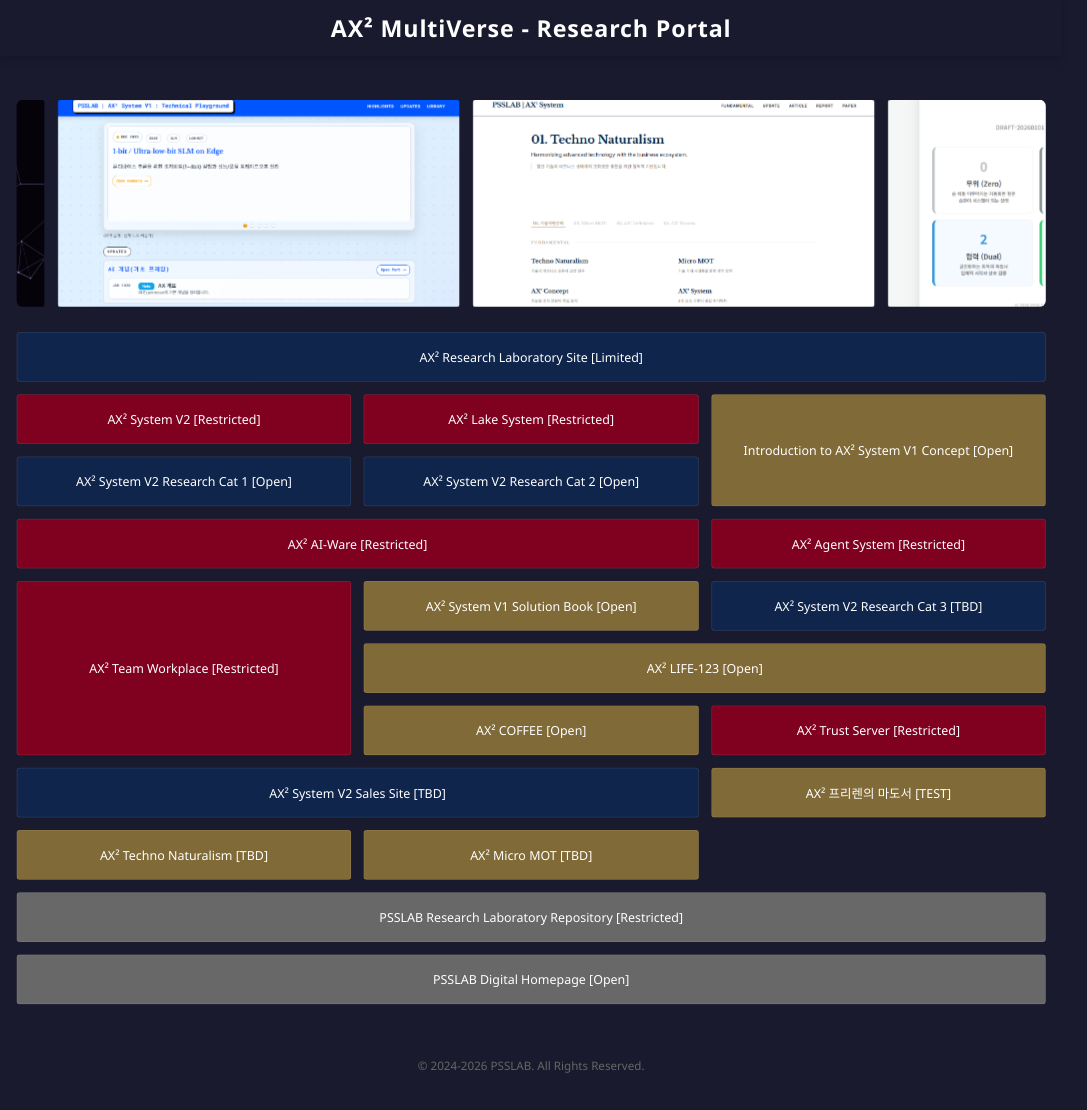
Repository: hycse89/PSSLAB_OpenSite
Page: psslab_multiverse_v3.html
An editor plug-in stored every save of this project. The page is shown before and after a run of saves, followed by the edit.
The browser window is 1280 px wide. The page is 1310 px wide, so the pictures cover 1310 px, including what lies to the right of the window. The pictures show the whole page, at 83% of full size.

Above is the page before, as saved 2026-01-11 21:44:51.

### psslab_multiverse_v3.html
<!DOCTYPE html>
<html lang="en">
<head>
    <meta charset="UTF-8">
    <meta name="viewport" content="width=device-width, initial-scale=1.0">
    <title>PSSLAB MultiVerse Campus - Mondrian Edition</title>

    <link rel="icon" type="image/png" href="favicon.png">

    <style>
        /* General Page Styles */
        body {
            margin: 0;
            background-color: #1a1a2e;
            font-family: 'Segoe UI', Arial, sans-serif;
            display: flex;
            flex-direction: column;
            align-items: center;
            min-height: 100vh;
            color: #ffffff;
        }

        /* Fixed Header */
        .header {
            position: fixed;
            top: 0;
            left: 0;
            width: 100%;
            background-color: #1a1a2e;
            color: #ffffff;
            z-index: 1000;
            padding: 15px 0;
            box-shadow: 0 2px 10px rgba(0,0,0,0.3);
        }

        .header h1 {
            font-size: 28px;
            margin: 0;
            text-align: center;
            letter-spacing: 1px;
        }

        /* Main content container */
        .main-content {
            margin-top: 100px;
            width: 100%;
            max-width: 1400px;
            display: flex;
            flex-direction: column;
            align-items: center;
            padding: 20px;
            box-sizing: border-box;
        }

        /* Image Slider Container */
        .slider-container {
            width: 100%;
            overflow: hidden;
            margin-bottom: 30px;
            border-radius: 8px;
        }

        .slider-wrapper {
            display: flex;
            width: calc(500px * 13);
            animation: scroll 60s linear infinite;
        }

        .slider-image {
            width: 500px;
            height: 250px;
            flex-shrink: 0;
            padding: 0 8px;
            box-sizing: border-box;
        }

        .slider-image img {
            width: 100%;
            height: 100%;
            object-fit: cover;
            border-radius: 4px;
        }

        @keyframes scroll {
            0% { transform: translateX(0); }
            100% { transform: translateX(calc(-500px * 11)); }
        }

        /* --- Mondrian Grid Layout System --- */
        .link-container {
            display: grid;
            /* 최소 너비 350px 확보 */
            grid-template-columns: repeat(auto-fill, minmax(350px, 1fr));
            /* 60px 단위의 눈금 설정 */
            grid-auto-rows: 60px;
            gap: 15px;
            width: 100%;
            /* 빈 공간을 최적으로 메워주는 설정 */
            grid-auto-flow: dense;
        }

        /* Link Button Base Style */
        .link-button {
            display: flex;
            align-items: center;
            justify-content: center;
            padding: 20px;
            font-size: 15px;
            color: white;
            text-decoration: none;
            border-radius: 4px;
            transition: all 0.3s cubic-bezier(0.25, 0.8, 0.25, 1);
            text-align: center;
            box-sizing: border-box;
            line-height: 1.4;
            border: 1px solid rgba(255,255,255,0.1);
        }

        .link-button:hover {
            transform: scale(1.01);
            filter: brightness(1.2);
            box-shadow: 0 5px 15px rgba(0,0,0,0.3);
            z-index: 2;
        }

        /* --- Mondrian Size Classes (Proportional) --- */
        /* 가로 비중 */
        .w-1 { grid-column: span 1; }
        .w-2 { grid-column: span 2; }
        .w-3 { grid-column: span 3; }

        /* 세로 비중 (60px의 배수) */
        .h-1 { grid-row: span 1; } /* 120px + gap */
        .h-2 { grid-row: span 2; } /* 240px + gap */
        .h-3 { grid-row: span 3; } /* 360px + gap */

        /* 특수 크기: 제목 강조형 */
        .size-hero { grid-column: span 2; grid-row: span 4; font-size: 1.2rem; font-weight: bold; }

        /* Button Colors */
        .color-1 { background-color: #0F254B; }
        .color-2 { background-color: #800020; }
        .color-3 { background-color: #806a37; }
        .color-4 { background-color: #2b2b2b; }
        .color-5 { background-color: #686868; }

        footer {
            width: 100%;
            padding: 30px;
            text-align: center;
            background-color: #1a1a2e;
            color: #666;
            font-size: 14px;
        }

        /* Responsive */
        @media (max-width: 768px) {
            .link-container { grid-template-columns: 1fr; }
            .w-2, .h-2, .h-3, .size-hero { grid-column: span 1; grid-row: span 2; }
        }
    </style>
</head>
<body>

    <header class="header">
        <h1>AX² MultiVerse - Research Portal</h1>
    </header>

    <main class="main-content">
        <div class="slider-container">
            <div class="slider-wrapper">
                <div class="slider-image"><img src="./images/Image2.png" alt="2"></div>
                <div class="slider-image"><img src="./images/Image21.png" alt="21"></div>
                <div class="slider-image"><img src="./images/Image22.png" alt="22"></div>
                <div class="slider-image"><img src="./images/Image31.png" alt="31"></div>
                <div class="slider-image"><img src="./images/Image32.png" alt="32"></div>
                <div class="slider-image"><img src="./images/Image11.png" alt="11"></div>
                <div class="slider-image"><img src="./images/Image3.png" alt="3"></div>
                <div class="slider-image"><img src="./images/Image4.png" alt="4"></div>
                <div class="slider-image"><img src="./images/Image5.png" alt="5"></div>
                <div class="slider-image"><img src="./images/Image1.png" alt="1"></div>
                <div class="slider-image"><img src="./images/Image2.png" alt="2"></div>
            </div>
        </div>

        <div class="link-container">
            <a href="https://hycse89.github.io/PSSLAB_OpenSite/ax2_research_lab/" class="link-button color-1 w-3 h-1">AX² Research Laboratory Site [Limited]</a>

            <a href="http://localhost:8008" class="link-button color-2 h-1">AX² System V2 [Restricted]</a>

            <a href="http://localhost:8004" class="link-button color-2 h-1">AX² Lake System [Restricted]</a>

            <a href="ax2_v1_concept/ax2_homepage.html" class="link-button color-3 h-2">Introduction to AX² System V1 Concept [Open]</a>

            <a href="ax2_v1_20260101/index.html" class="link-button color-1 h-1">AX² System V2 Research Cat 1 [Open]</a>
            <a href="ax2_v2_20260101/index.html" class="link-button color-1 h-1">AX² System V2 Research Cat 2 [Open]</a>

            <a href="http://localhost:8002" class="link-button color-2 w-2 h-1">AX² AI-Ware [Restricted]</a>
            <a href="http://localhost:8003" class="link-button color-2 h-1">AX² Agent System [Restricted]</a>
            <a href="http://localhost:8007" class="link-button color-2 h-3">AX² Team Workplace [Restricted]</a>

            <a href="ax2_v1_concept/solution_book/index.html" class="link-button color-3 h-1">AX² System V1 Solution Book [Open]</a>

            <a href="http://localhost:8001/ax_site/ax2_life_123/index.html" class="link-button color-3 w-2 h-1">AX² LIFE-123 [Open]</a>

            <a href="ax2_v3_20260101/index.html" class="link-button color-1 h-1">AX² System V2 Research Cat 3 [TBD]</a>

            <a href="http://localhost:8001/ax_site/ax2_coffee/index.html" class="link-button color-3 h-1">AX² COFFEE [Open]</a>

            <a href="http://localhost:8005" class="link-button color-2 h-1">AX² Trust Server [Restricted]</a>

            <a href="ax2_sales/index.html" class="link-button color-1 w-2 h-1">AX² System V2 Sales Site [TBD]</a>

            <a href="http://localhost:8001/ax_site/ax2_frieren/index.html" class="link-button color-3 h-1">AX² 프리렌의 마도서 [TEST]</a>

            <a href="http://localhost:8001/utils/markdown_viewer.html?file=/ax_research/doc/doc_ax_techno_naturalism_v5.md" class="link-button color-3 h-1">AX² Techno Naturalism [TBD]</a>

            <a href="http://localhost:8001/utils/markdown_viewer.html?file=/ax_research/doc/doc_ax_micro_mot_v2.md" class="link-button color-3 h-1">AX² Micro MOT [TBD]</a>

            <a href="https://github.com/hycse89" class="link-button color-5 w-3 h-1">PSSLAB Research Laboratory Repository [Restricted]</a>

            <a href="http://www.psslab.co.kr" class="link-button color-5 w-3 h-1">PSSLAB Digital Homepage [Open]</a>
        </div>
    </main>

    <footer>
        <p>&copy; 2024-2026 PSSLAB. All Rights Reserved.</p>
    </footer>

</body>
</html>

After the next 2 saves:
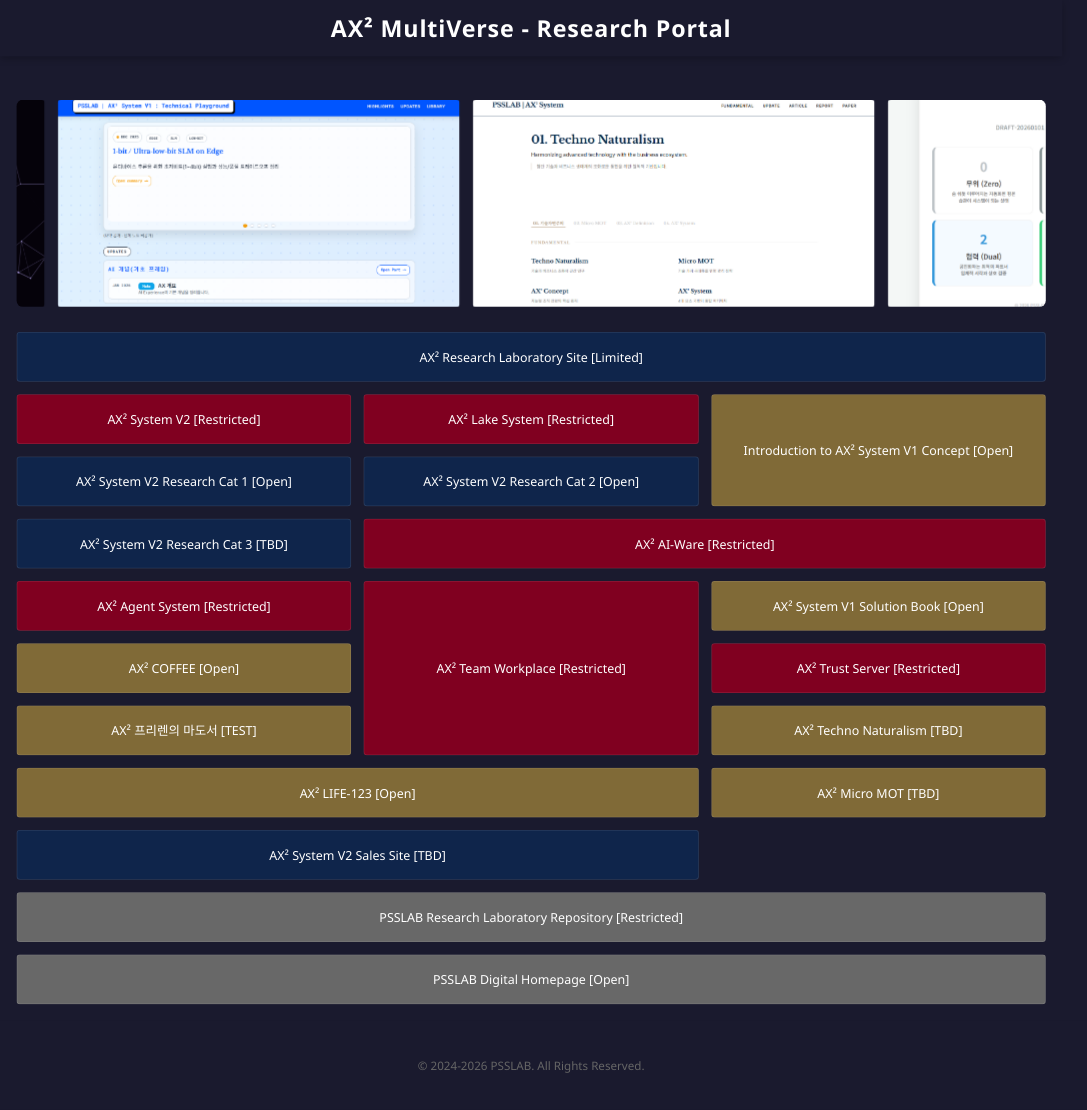
The 2 saves are shown as one change because they came seconds apart.
The last was saved 10 s later.
--- a/psslab_multiverse_v3.html
+++ b/psslab_multiverse_v3.html
@@ -194,6 +194,7 @@
 
             <a href="ax2_v1_20260101/index.html" class="link-button color-1 h-1">AX² System V2 Research Cat 1 [Open]</a>
             <a href="ax2_v2_20260101/index.html" class="link-button color-1 h-1">AX² System V2 Research Cat 2 [Open]</a>
+            <a href="ax2_v3_20260101/index.html" class="link-button color-1 h-1">AX² System V2 Research Cat 3 [TBD]</a>
 
             <a href="http://localhost:8002" class="link-button color-2 w-2 h-1">AX² AI-Ware [Restricted]</a>
             <a href="http://localhost:8003" class="link-button color-2 h-1">AX² Agent System [Restricted]</a>
@@ -203,7 +204,6 @@
 
             <a href="http://localhost:8001/ax_site/ax2_life_123/index.html" class="link-button color-3 w-2 h-1">AX² LIFE-123 [Open]</a>
 
-            <a href="ax2_v3_20260101/index.html" class="link-button color-1 h-1">AX² System V2 Research Cat 3 [TBD]</a>
 
             <a href="http://localhost:8001/ax_site/ax2_coffee/index.html" class="link-button color-3 h-1">AX² COFFEE [Open]</a>
 
